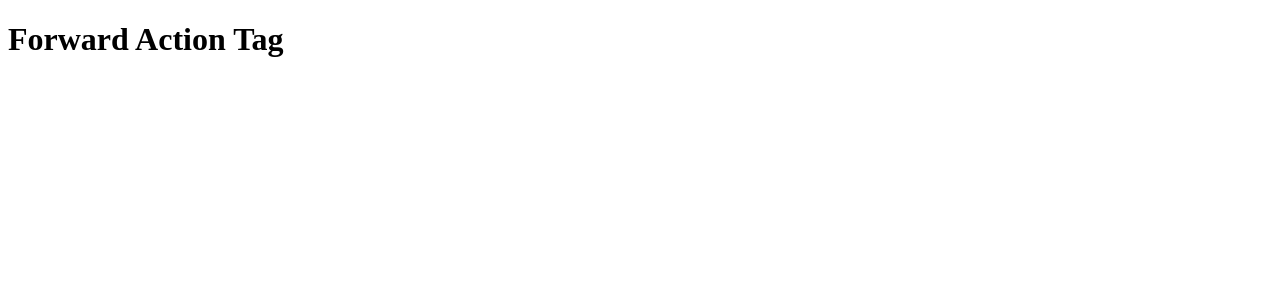
Repository: zxcvne/1400_web_nhs
Page: http://localhost/web/08_forward.jsp
The author's editor kept a copy of each file at every save. The page is drawn from the files as they stood at one save, then again after the next save.
The browser window is 1280 px wide. The pictures show the whole page.
The page is served by Tomcat 10.

Above is the page before, as saved 2025-10-26 06:34:24.

After the next save:
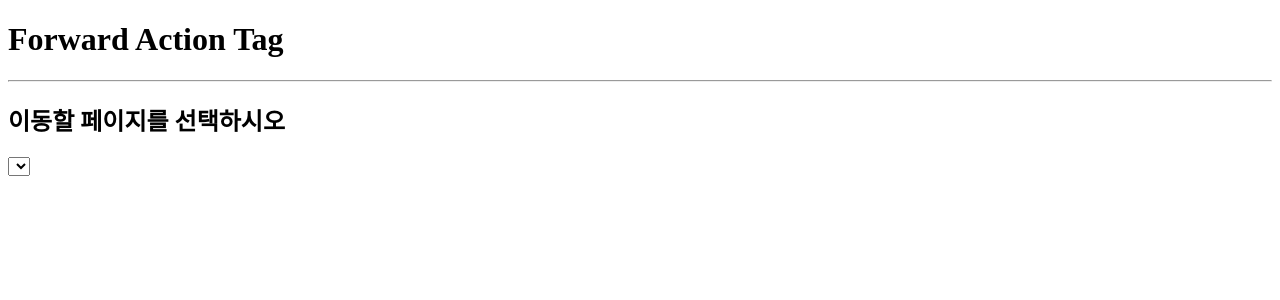
Saved 81 s later.
--- a/05_jsp/src/web/src/main/webapp/08_forward.jsp
+++ b/05_jsp/src/web/src/main/webapp/08_forward.jsp
@@ -8,5 +8,12 @@
 </head>
 <body>
 	<h1>Forward Action Tag</h1>
+	<hr>
+	<form action="08_controller.jsp">
+		<h2>이동할 페이지를 선택하시오</h2>
+		<select name ="site">
+		<option>
+		</select>
+	</form>
 </body>
 </html>
